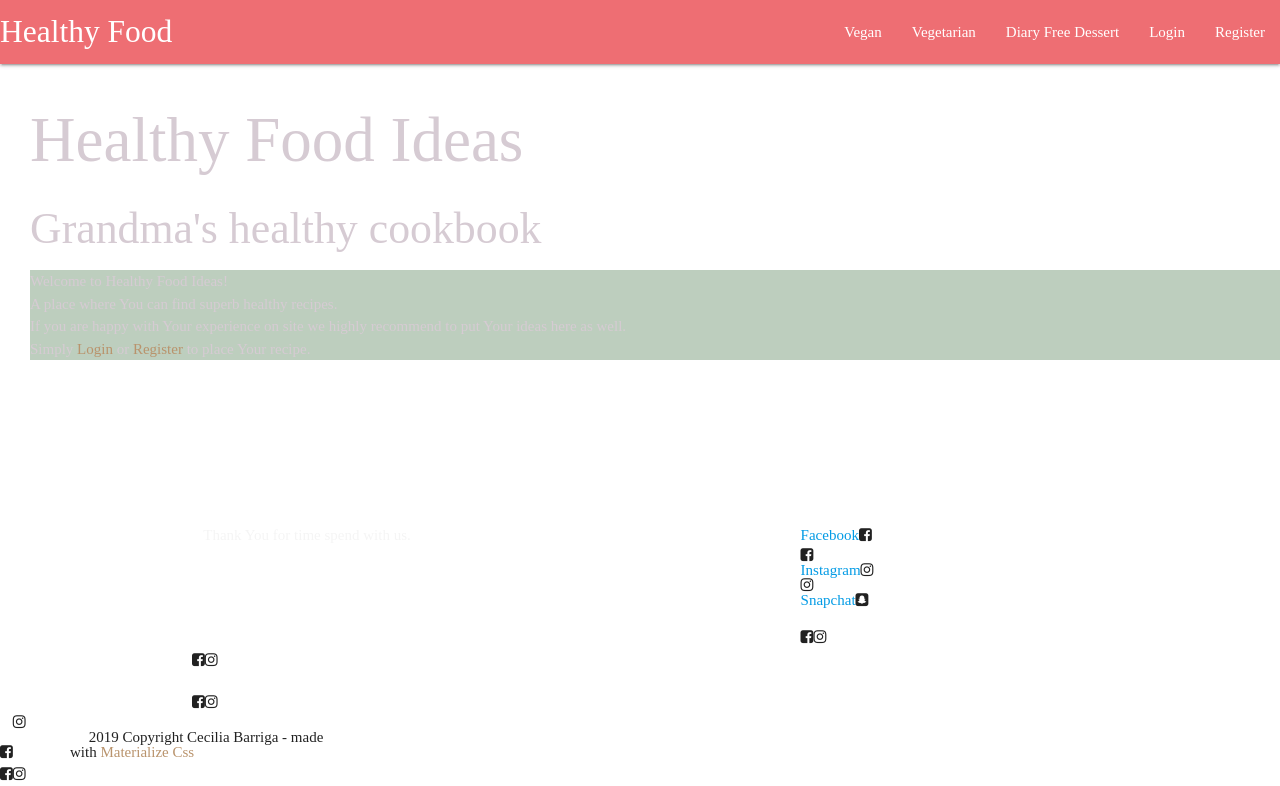
Repository: cesole/cookbook
Page: http://localhost/
The author's editor kept a record of every edit. The page is drawn from the files as they stood at one moment, then again after the next edit.
The browser window is 1280 px wide. The pictures show the whole page.
Some web fonts or font styles are not loaded; a fallback is used. The page is served by the project's application, run on Flask 3 (app.py).

Above is the page before.
Console error: TypeError: Cannot read properties of undefined (reading 'offsetHeight')

After the next edit:
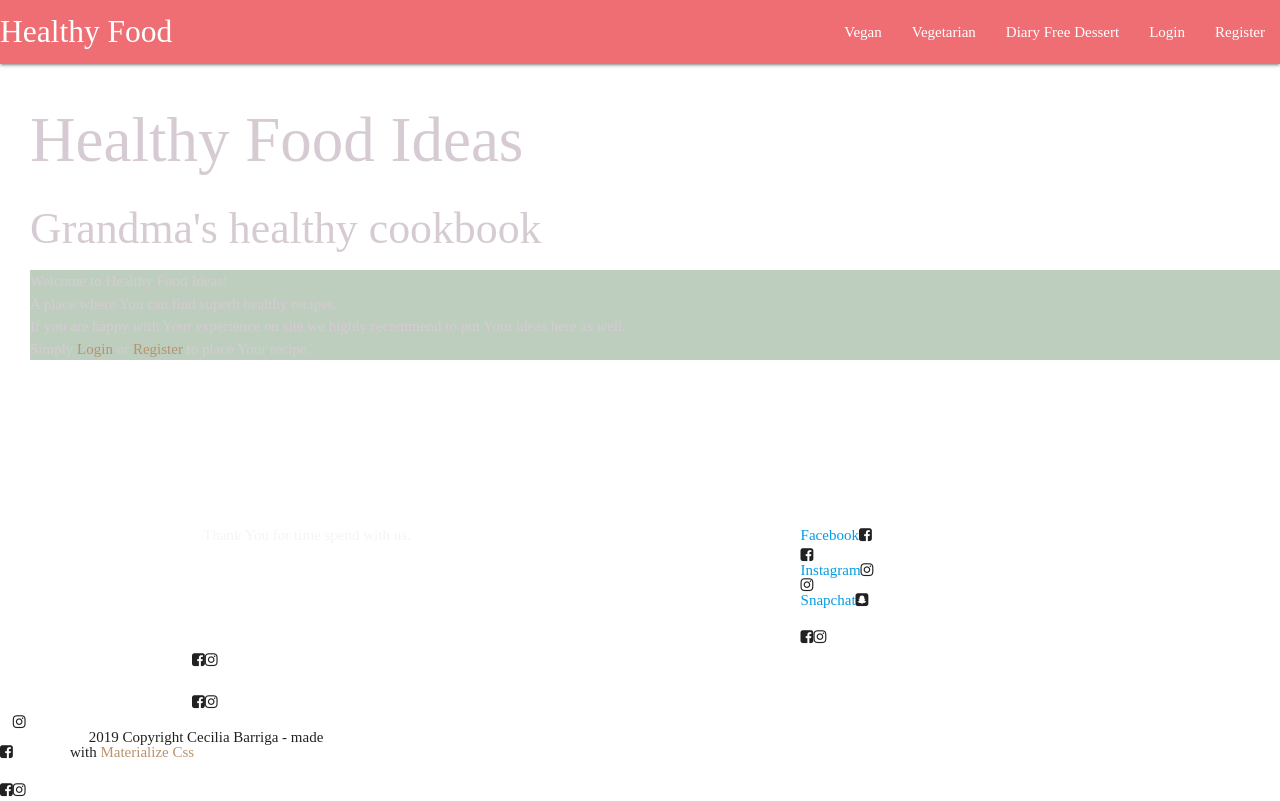
The edit:
--- a/templates/base.html
+++ b/templates/base.html
@@ -74,9 +74,11 @@
                 </div>
             </div>
         </div>
-        <div class="footer-copyright">
+        <div class="copyright">
             <div class="container">
+                <div class="row">
             © 2019 Copyright Cecilia Barriga - made with <a class="orange-text text-lighten-3" href="https://materializecss.com/" target=_blank>Materialize Css</a>
+            </div>
             </div>
         </div>
     </footer>
